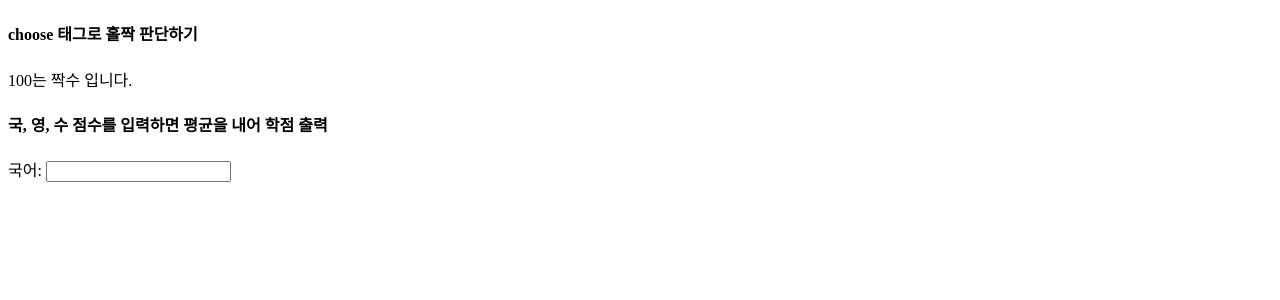
Repository: Motibidu/JSP_Servlet
Page: http://localhost/MushHaveJsp/11JSTL/core/Choose.jsp
The author's editor kept a copy of each file at every save. The page is drawn from the files as they stood at one save, then again after the next save.
The browser window is 1280 px wide. The pictures show the whole page.
The page is served by Tomcat 10. Other server files are loaded and not shown.

Above is the page before, as saved 2025-05-13 01:43:01.

### MushHaveJsp/src/main/webapp/11JSTL/core/Choose.jsp
<%@ page language="java" contentType="text/html; charset=UTF-8" pageEncoding="UTF-8"%>
<%@ taglib prefix="c" uri="jakarta.tags.core"%>
<!DOCTYPE html>
<html>
<head>
<meta charset="UTF-8">
<title>JSTL- choose/when/otherwise</title>
</head>
<body>
	<c:set var="number" value="100" />

	<h4>choose 태그로 홀짝 판단하기</h4>
	<c:choose>
		<c:when test="${ number mod 2 eq 0 }">
			${ number }는 짝수 입니다.
		</c:when>
		<c:otherwise>
			${ number }는 홀수입니다.
		</c:otherwise>
	</c:choose>

	<h4>국, 영, 수 점수를 입력하면 평균을 내어 학점 출력</h4>
	<form>
		<label for="kor">국어: </label>
		<input type= "text" id="kor" name=" kor"/><br/>
	</form>
</body>
</html>

After the next save:
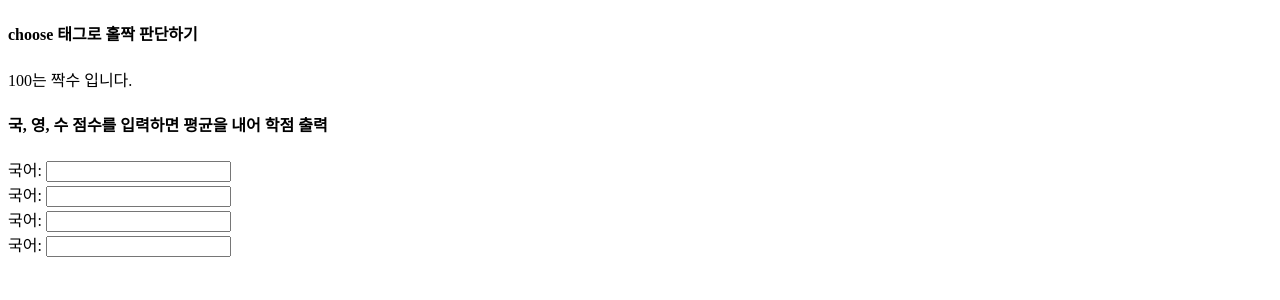
Saved 24 s later.
--- a/MushHaveJsp/src/main/webapp/11JSTL/core/Choose.jsp
+++ b/MushHaveJsp/src/main/webapp/11JSTL/core/Choose.jsp
@@ -23,6 +23,12 @@
 	<form>
 		<label for="kor">국어: </label>
 		<input type= "text" id="kor" name=" kor"/><br/>
+		<label for="kor">국어: </label>
+		<input type= "text" id="kor" name=" kor"/><br/>
+		<label for="kor">국어: </label>
+		<input type= "text" id="kor" name=" kor"/><br/>
+		<label for="kor">국어: </label>
+		<input type= "text" id="kor" name=" kor"/><br/>
 	</form>
 </body>
 </html>
